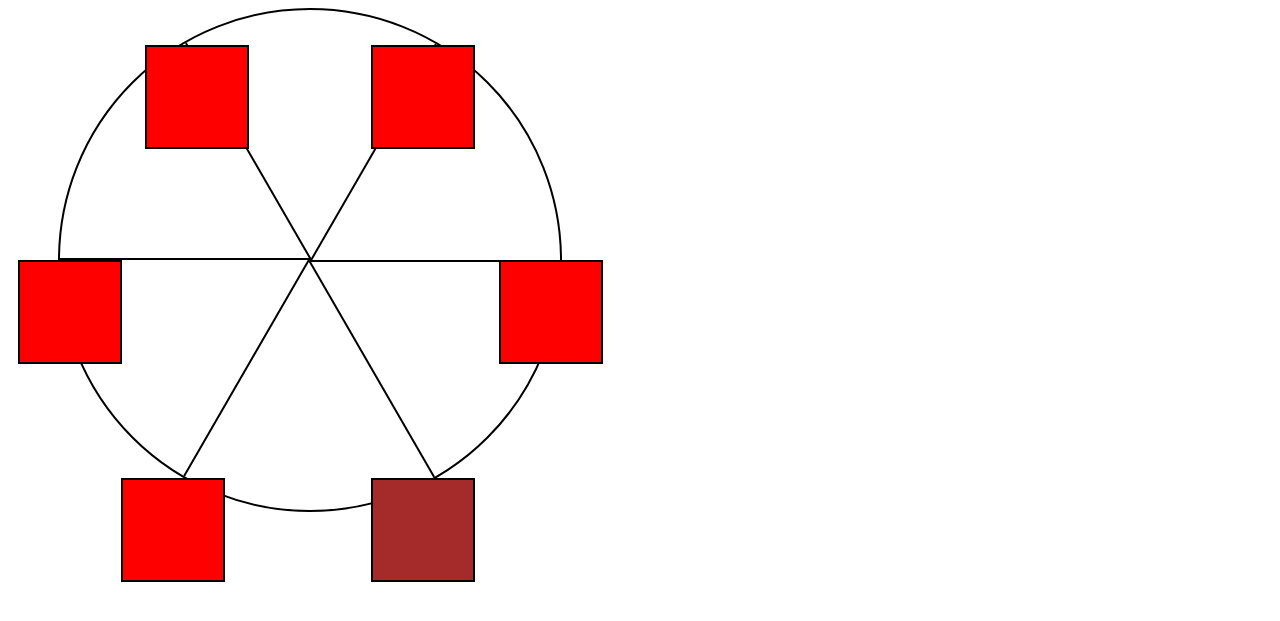
Repository: Lungdjos/ferris_wheel
Page: index.html
The author's editor kept a copy of each file at every save. The page is drawn from the files as they stood at one save, then again after a run of saves.
The browser window is 1280 px wide. The pictures show the whole page.

Above is the page before, as saved 2024-01-11 09:26:31.

After the next 2 saves:
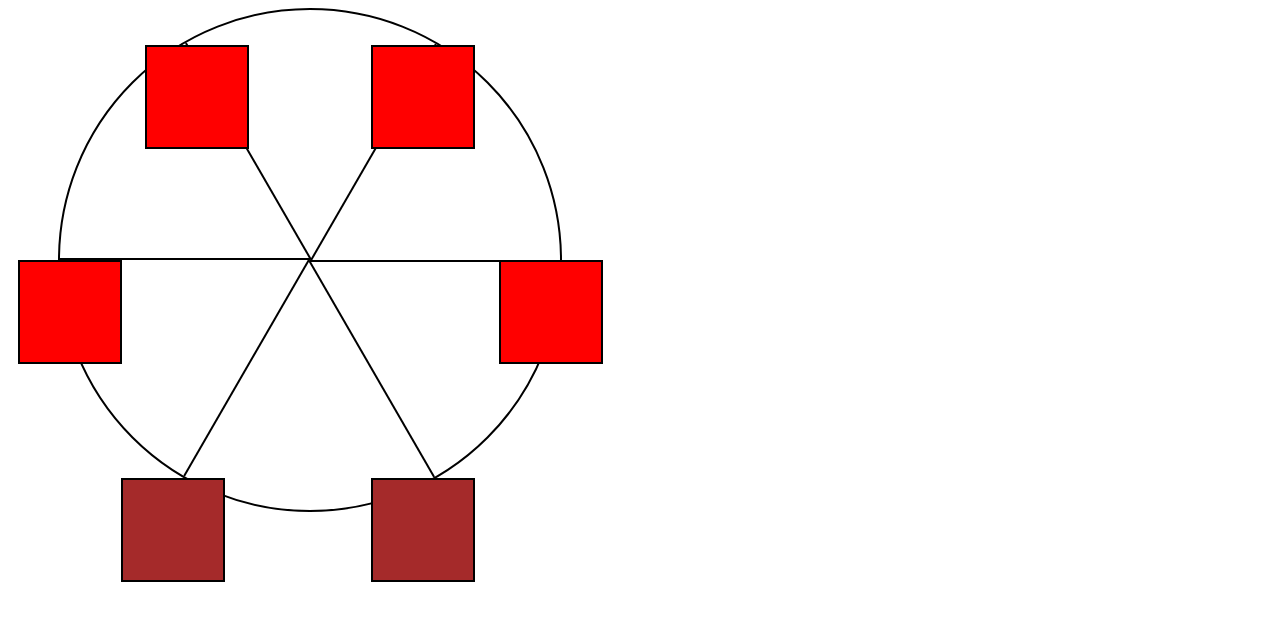
The 2 saves are shown as one change because they came seconds apart.
The last was saved 8 s later.
--- a/styles.css
+++ b/styles.css
@@ -70,7 +70,7 @@
 .cabin:nth-of-type(3) {
     right: 67%;
     top: 93.5%;
-    background-color: bro
+    background-color: brown;
 }
 
 .cabin:nth-of-type(4) {
